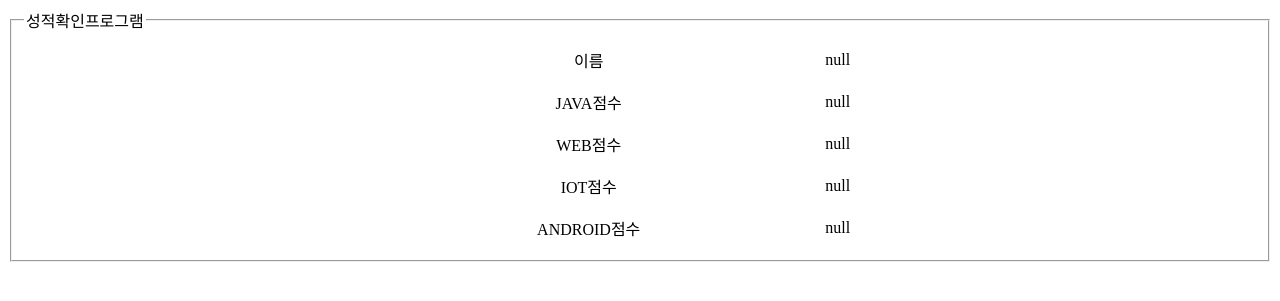
Repository: HeonchanKim/smhrd_jsp
Page: http://localhost/JSP/ex03.jsp
These files come from the project's save history. The page is drawn as it stood at one moment and after the next save; the edit follows.
The browser window is 1280 px wide. The pictures show the whole page.
The page is served by Tomcat 9.

Above is the page before, as saved 2022-01-28 07:19:43.

### JSP/src/main/webapp/ex03.jsp
<%@ page language="java" contentType="text/html; charset=EUC-KR"
    pageEncoding="EUC-KR"%>
<!DOCTYPE html>
<html>
<head>
<style>
	tr{
		height: 40px;
		text-align: center;
	}
	table{
		margin: 0 auto;
	}
</style>
<meta charset="EUC-KR">
<title>Insert title here</title>
</head>
<body>
	<%
		request.setCharacterEncoding("euc-kr");

		String name = request.getParameter("name");
		String java = request.getParameter("java");
		String web = request.getParameter("web");
		String iot = request.getParameter("iot");
		String android = request.getParameter("android");
	%>

	<%--
	NAME : <%=name %><br>
	JAVA : <%=java %><br>
	WEB : <%=web %><br>
	IoT : <%=iot %><br>
	Android : <%=android %><br>
	--%>

	<fieldset>
		<legend>성적확인프로그램</legend>
		<table width="500">
			<tr>
				<td>이름</td>
				<td><%=name %></td>
			</tr>
			<tr>
				<td>JAVA점수</td>
				<td><%=java %></td>
			</tr>
			<tr>
				<td>WEB점수</td>
				<td><%=web %></td>
			</tr>
				<tr>
				<td>IOT점수</td>
				<td><%=iot %></td>
			</tr>
			<tr>
				<td>ANDROID점수</td>
				<td><%=android %></td>
			</tr>
		</table>
	</fieldset>


















</body>
</html>

After the next save:
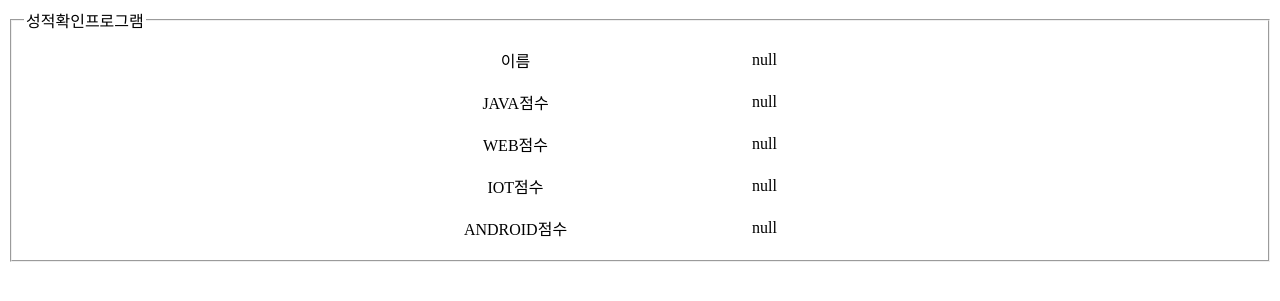
Saved 2 min 8 s later.
--- a/JSP/src/main/webapp/ex03.jsp
+++ b/JSP/src/main/webapp/ex03.jsp
@@ -10,6 +10,7 @@
 	}
 	table{
 		margin: 0 auto;
+		table-layout: fixed;
 	}
 </style>
 <meta charset="EUC-KR">
